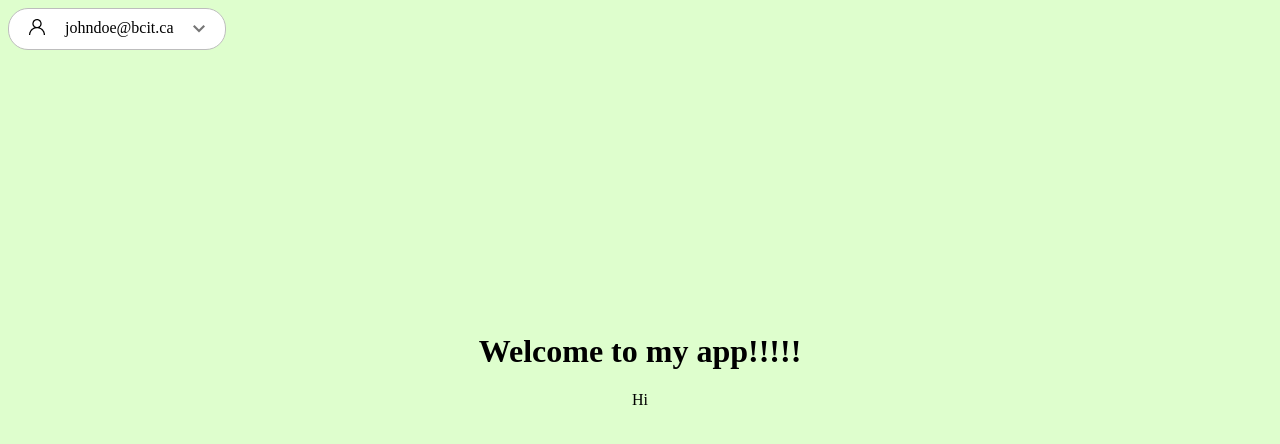
Repository: kerudai/mdiat3126nextapp
Page: /
These files come from the project's save history. The page is drawn as it stood at one moment and after the next save; the edit follows.
The browser window is 1280 px wide. The pictures show the whole page.
The project was rebuilt for these pictures with package versions that can differ from the ones it lists, and the page was loaded fresh each time. The framework's server and built-in components were replaced by stand-ins that run in the browser.

Above is the page before, as saved 2020-09-30 00:11:52.

### pages/_app.js
import './app.scss';

function MyApp({ Component, pageProps }) {
  return <Component {...pageProps} />
}

export default MyApp

### pages/index.js
import React, {useState} from 'react';
import Menu from '../comps/Menu';
import Content from '../comps/Content';

export default function Home() {
  const [contentColor, setContentColor] = useState(false);
  const [contentImage, setContentImage] = useState(false);
  const [contentTxtColor, setContentTxtColor] = useState(false);
  const [contentH1Txt, setContentH1Txt] = useState("Welcome to my app!!!!!");

  const HandleMenu = (str) => {
    //capture what happened in the menu and change the page state based on it
    //alert(str);
    if (str === "bg"){
      setContentColor("#DCA877");
    } else if  (str === "img") {
      setContentImage("mario.jpg");
      setContentTxtColor("white");
    } else if (str === "help") {
      setContentH1Txt("HI!")
    }
  }

  return <div className="home">
    <div className="content">
      <Content bgcolor={contentColor} bgimage={contentImage} txtcolor={contentTxtColor}>
        <h1>{contentH1Txt}</h1>
        <div>Hi</div>
      </Content>
    </div>
    <div className="menu">
      <Menu onMenuSelect={HandleMenu}/>
    </div>
  </div>

}

### pages/app.scss
$fs:18px;

@mixin flexIt {
    display:flex;
    align-items: center;
    justify-content: center;
}

@import './index.scss';

### comps/Menu/index.js
import React, {useState, useEffect} from 'react';
import styled from 'styled-components';

const Container = styled.div`
    display: inline-flex;
    flex-direction: column;
`;
const DropDownMenu = styled.div`
    border: 1px solid #BDBDBD;
    box-sizing: border-box;
    border-radius: 20px;
    display: inline-flex;
    justify-content: center:
    align-items: center;
    cursor: pointer;
    background-color: #FFF;
    transition: background-color 0.5s;
    &:hover {
        background-color: #DDD;
    }
`;

const DropDownBox = styled.div`
width: 100%;
padding: 10px;
display: flex;
div {
    margin: 0 10px;
}
`;

const Expand = styled.div`
    background: #FFFFFF;
    border: 1px solid #EAEAEA;
    box-sizing: border-box;
    box-shadow: 5px 0px 18px rgba(0, 0, 0, 0.08);
    display: ${props=>props.expanded ? "inline-flex" : "hidden"};
    height: ${props=>props.expanded ? "auto" : "0px"};
    font-size: ${props=>props.expanded ? "18px" : "0px"};
    opacity: ${props=>props.expanded ? 1 : 0};
    transition: opacity 0.5s;
    flex-direction: column;
    margin-top: 10px;
    div {
        padding: ${props=>props.expanded ? "10px 15px" : "0px"};
        margin: ${props=>props.expanded ? "5px 0" : "0px"};
        cursor: pointer;
        &:hover {
            background-color:#DDD;
        }
    }
`;

//To let the dropdown arrow rotate
const ExpandImg = styled.img`

`;

const Menu = ({expand, onMenuSelect}) => {
    const [expanded, setExpanded] = useState(false);

    useEffect(()=>{
        setExpanded(expand);
    },[expand])

    return <Container>
        <DropDownMenu onClick = {()=>{
            setExpanded(!expanded);
        }}>
            <DropDownBox>
                <div><img src="/user.png" /></div>
                <div>johndoe@bcit.ca</div>
                <div><ExpandImg src="/expand.png" /></div>
            </DropDownBox>
        </DropDownMenu>
        <Expand expanded = {expanded}>
            <div onClick={()=>{
                onMenuSelect("bg");
            }}>Change BG Color</div>
            <div onClick={()=>{
                onMenuSelect("img");
            }}>Change BG Image</div>
            <div onClick={()=>{
                onMenuSelect("help");
            }}>Help</div>
        </Expand>
    </Container>
}

Menu.defaultProps = {
    expand: false
}

export default Menu;

### comps/Content/index.js
import React from 'react';
import styled from 'styled-components';

const Container = styled.div`
    width: 100%;
    height: 100%;
    background-color: ${props=>props.bgcolor ? props.bgcolor : "#DEFECD"};
    background-image: url("/${props=>props.bgimage ? props.bgimage : ""}");
    color: ${props=>props.txtcolor ? props.txtcolor : "black"};
    min-width: 10px;
    min-height: 10px;
`;

const Content = ({children, bgcolor, bgimage, txtcolor}) => {
    return <Container bgcolor={bgcolor} bgimage={bgimage} txtcolor={txtcolor}>
        {children}
    </Container>
}

Content.defaultProps = {
    bgcolor: "#DEFECD",
    bgimage: "",
    txtcolor: "black",
    children: {}
}

export default Content;

### pages/index.scss
.home {
    .menu {
        position: relative;
        z-index: 1;
    }
    .content {
        position: fixed;
        left: 0;
        top: 0;
        width: 100vw;
        height: 100vh;
        z-index: -1;

        & > div {
            @include flexIt();
            flex-direction: column  ;
        }
    }
}

After the next save:
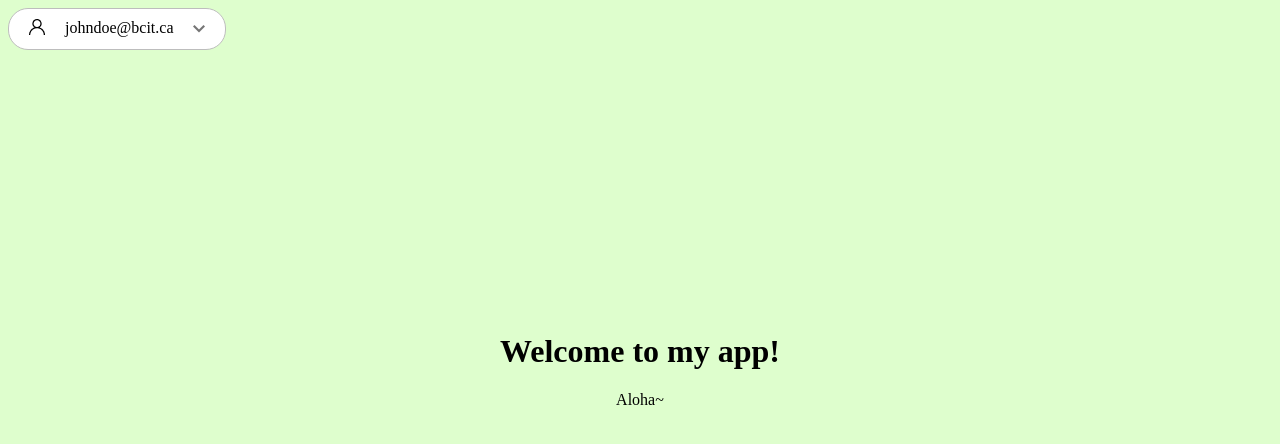
Saved 3 min 23 s later.
--- a/pages/index.js
+++ b/pages/index.js
@@ -6,7 +6,8 @@ export default function Home() {
   const [contentColor, setContentColor] = useState(false);
   const [contentImage, setContentImage] = useState(false);
   const [contentTxtColor, setContentTxtColor] = useState(false);
-  const [contentH1Txt, setContentH1Txt] = useState("Welcome to my app!!!!!");
+  const [contentH1Txt, setContentH1Txt] = useState("Welcome to my app!");
+  const [contentDivTxt, setContentDivTxt] = useState("Aloha~");
 
   const HandleMenu = (str) => {
     //capture what happened in the menu and change the page state based on it
@@ -17,7 +18,8 @@ export default function Home() {
       setContentImage("mario.jpg");
       setContentTxtColor("white");
     } else if (str === "help") {
-      setContentH1Txt("HI!")
+      setContentH1Txt("HI!");
+      setContentDivTxt("What can I do for you :)")
     }
   }
 
@@ -25,7 +27,7 @@ export default function Home() {
     <div className="content">
       <Content bgcolor={contentColor} bgimage={contentImage} txtcolor={contentTxtColor}>
         <h1>{contentH1Txt}</h1>
-        <div>Hi</div>
+        <div>{contentDivTxt}</div>
       </Content>
     </div>
     <div className="menu">
